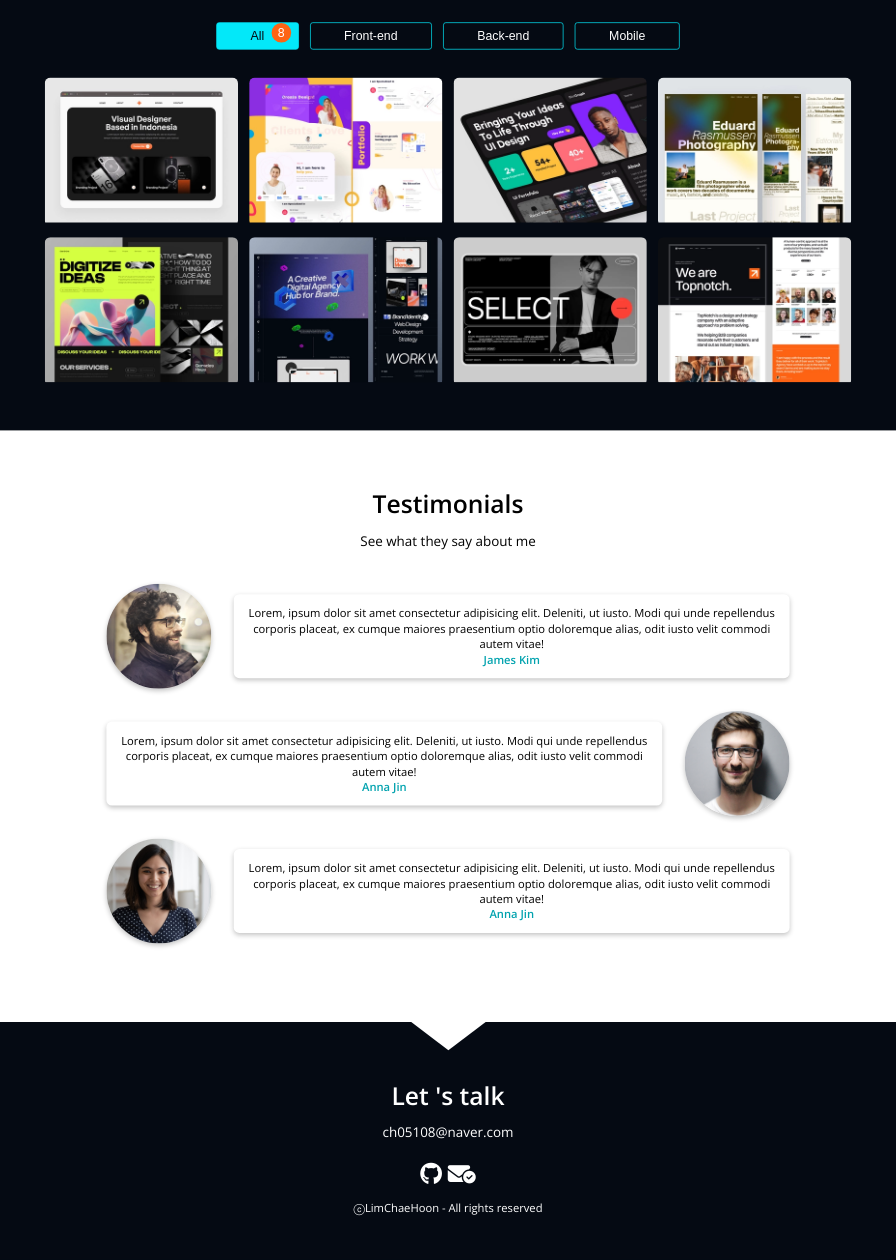
Repository: Iimchaehoon/portfollio
Page: index.html
The author's editor kept a copy of each file at every save. The page is drawn from the files as they stood at one save, then again after the next save.
The browser window is 1280 px wide. The pictures show the part of the page from y = 2347 to 4267 px (the page is 4147 px tall before and 4267 px after), at 70% of full size.
Some web libraries are served in a nearby version.

Above is the page before, as saved 2023-07-18 22:05:08.

After the next save:
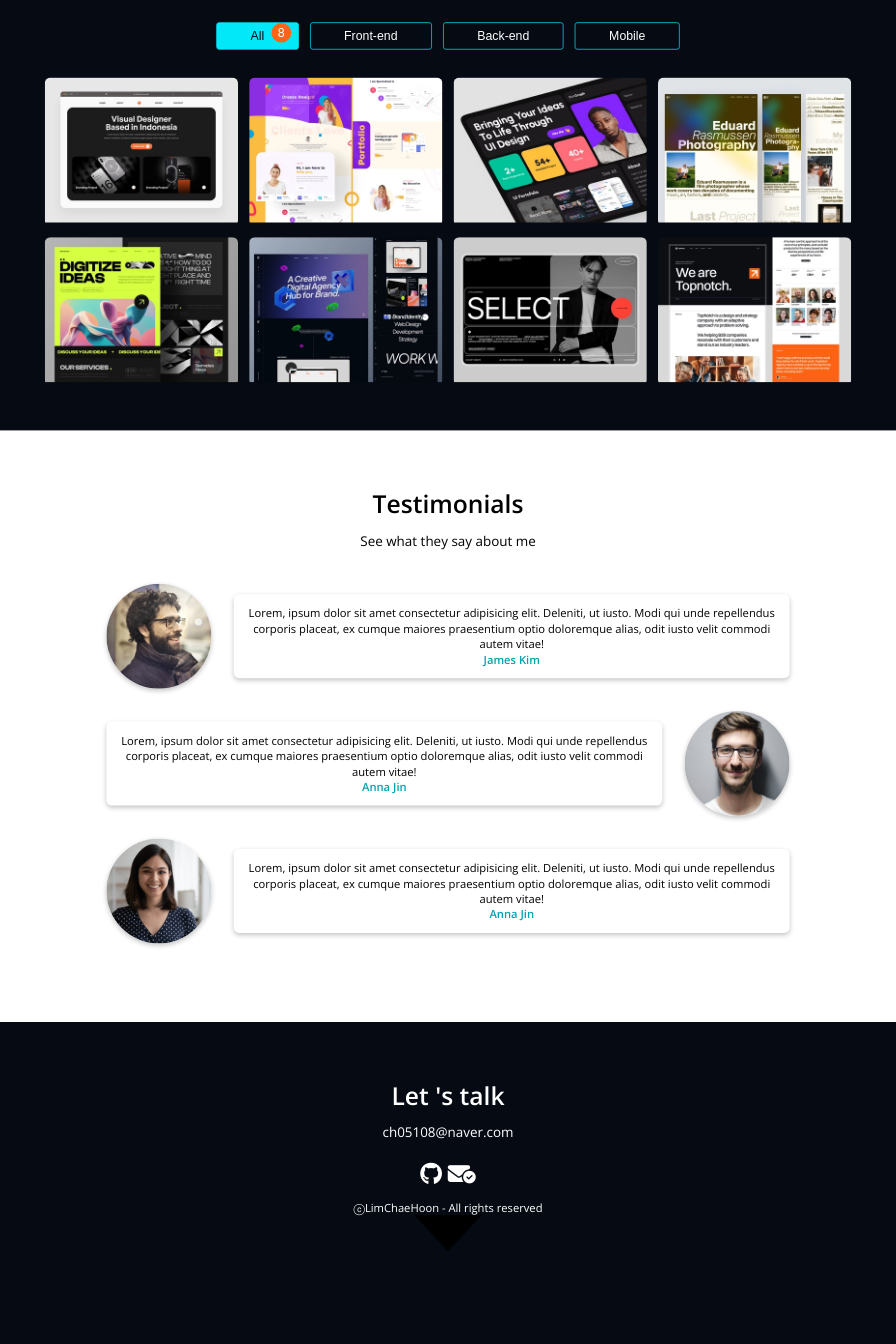
Saved 30 s later.
--- a/index.html
+++ b/index.html
@@ -472,7 +472,7 @@
         </ul>
         <p>ⓒLimChaeHoon - All rights reserved</p>
       </div>
-      <div class="custom-shape-divider-top-1689682932">
+      <div class="contact__divider">
         <svg
           data-name="Layer 1"
           xmlns="http://www.w3.org/2000/svg"
